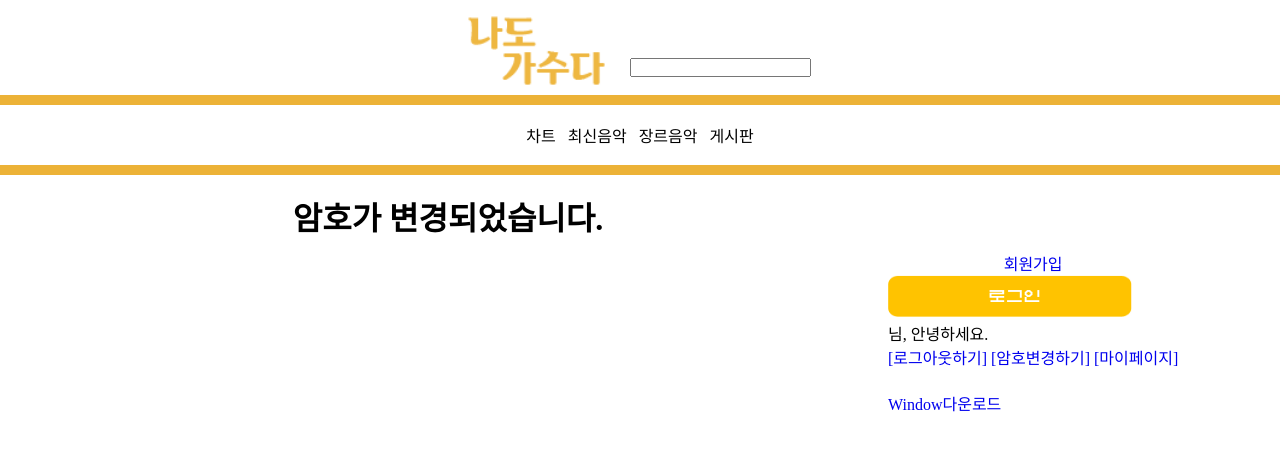
Repository: Ea-Bell/GraduationPortfolio
Page: http://localhost/WebTest/webTest/View/login/changePwdSuccess.jsp
These files come from the project's save history. The page is drawn as it stood at one moment and after the next save; the edit follows.
The browser window is 1280 px wide. The pictures show the whole page.
The page is served by Tomcat 9. Nobody is signed in. The application's start-up code is not run. Other server files are loaded and not shown.

Above is the page before, as saved 2020-09-16 10:17:06.

### WEB_Server/WebTest/WebContent/webTest/View/login/changePwdSuccess.jsp
<%@ page language="java" contentType="text/html; charset=UTF-8"
	pageEncoding="UTF-8"%>
<!DOCTYPE html>
<html>
<head>
<link rel="stylesheet" type="text/css"
	href="/webTest/Model/mainForm/mainForm.css" />
<script type="text/javascript" src="/webTest/Model/mainForm/mainForm.js"></script>

<meta charset="UTF-8">
<title>비밀번호 변경완료</title>
</head>
<body>

<header>
	<div align="center">

		<form action="mainForm.jsp" method="post">
			<!-- 헤더 -->

				<a href="/index" style="background: white;">
					 <img src="/webTest/img/logo.png"
					 style="position: relative; top: 15px; left: 0px; width: 140px; width:140px"></a>
					  <input type="text" onclick=""
					style="position: relative; left: 20px;">
				&nbsp;&nbsp;&nbsp;&nbsp;&nbsp; <br>
				<br>

				<hr id="head_line" size="10px" color="#ECB237">

				<br> <a href="" onmouseover="TextMover()"
					onmouseout="TextMount()" id="nav" style="color: black;">차트</a>
				&nbsp; <a href="/webTest/View/fileUpLoad/fileList.jsp" onmouseover="TextMover2()"
					onmouseout="TextMount2()" id="nav2" style="color: black;">최신음악</a>
				&nbsp; <a href="" onmouseover="TextMover3()"
					onmouseout="TextMount3()" id="nav3" style="color: black;">장르음악</a>
						&nbsp; <a href="/webTest/article/list.jsp"  id="nav3" style="color: black;">게시판</a>
				<br>
				<br>
		</form>



	</div>
</header>
		<hr id="head_line" size="10px" color="#ECB237">
		<br>
	<!-- 콘텐츠 -->
<div>


<div  style="float:left; width: 70%">
<div align="center" >
<h1>암호가 변경되었습니다.</h1>
</div>
	</div>



	<div style="padding:10px; width: 30%; float: right;">
		<aside id="main_aside">

			<table border="0">
				<tr>
					<td><c:if test="${empty authUser }">
							<div align="center"><a href=""></a> <a href="/webTest/login/signUp.jsp">회원가입</a></div>
							<a href="/webTest/login/login.jsp" ><img alt="" src="/webTest/img/login/login.png" style="height: 42px; width: 244px;"></a>
							<br>

						</c:if> <c:if test="${!empty authUser}">
				${authUser.nickname}님, 안녕하세요.<br />
							<a href="/LogoutHandler">[로그아웃하기]</a>
							<a href="changePwdForm.jsp">[암호변경하기]</a>
									<a href="/webTest/list/newMusicForm.jsp">[마이페이지]</a>
						</c:if></td>
				</tr>
			</table>

			<br>
			<table border="0">
				<tr>

					<td>
				<a href="/webTest/나는가수다.msi" download=>Window다운로드</a>
					</td>

				</tr>
			</table>

		</aside>
		</div>

		</div>

	<!-- 바텀 -->
	<div align="center">



	</div>

</body>
</html>

### WEB_Server/WebTest/WebContent/webTest/Model/mainForm/mainForm.css
@charset "UTF-8";
body{
	position: relative;
}

*{ margin:0; padding :0;}

img{border: 0; width:16px ; height: 16 px;}


#content{
	/* 중앙 정렬*/
	width: 960px;

	/* 수평 레이아웃 구성 */
	overflow: hidden;
}
#content > #main_section
{
	width: 650px;
	float: left;			/* 왼쪽에 붙입니다*/
}

#content > #main_aside{
	height:30%;
	width : 25%;
	float: right;           /*오른쪽에 붙입니다.*/
	margin-bottom: 20px;
	padding: 10px;

	color: #ff8000;


}



#content > #main_bside{

	width : 30%;
	height:0%;
	float: left;           /*왼쪽에 붙입니다.*/
	margin-bottom: 20px;
	padding: 10px;


}
#content > #main_cside{
	width :70%;
	height: 0%;
	float: none;           /*가운데에 붙입니다.*/
	margin-bottom: 20px;
	padding: 10px;
	border: 1px solid #e4e4e4;
	color: #ff8000;
	background-color:ff8000;
}

#textcolor{
	border: 1px solid #e4e4e4;
	color: #ff8000;
	background-color:ff8000;
}

#hr
{

}
#nav
{
	 font-family: ""
}
#winFont{
	font-family: "돋음";
	color: #1A1A1A;
}
a {
  text-decoration: none;
}

### WEB_Server/WebTest/WebContent/webTest/Model/mainForm/mainForm.js
/**
 *
 */

//문자나 이미지가 밖으로 나갔을경우
function TextMover() {
	var dama = document.getElementById('nav');
	dama.style.color="Red";
}
function ImgMover() {

}
function TextMover2() {
	var dama = document.getElementById('nav2');
	dama.style.color="Red";
}
function TextMover3() {
	var dama = document.getElementById('nav3');
	dama.style.color="Red";
}
//문자나 이미지가 밖으로 갔을경우
function TextMount() {
	var dama = document.getElementById('nav');
	dama.style.color="Black";
}
function TextMount2() {
	var dama = document.getElementById('nav2');
	dama.style.color="Black";
}
function TextMount3() {
	var dama = document.getElementById('nav3');
	dama.style.color="Black";
}
function ImgMount() {

}

After the next save:
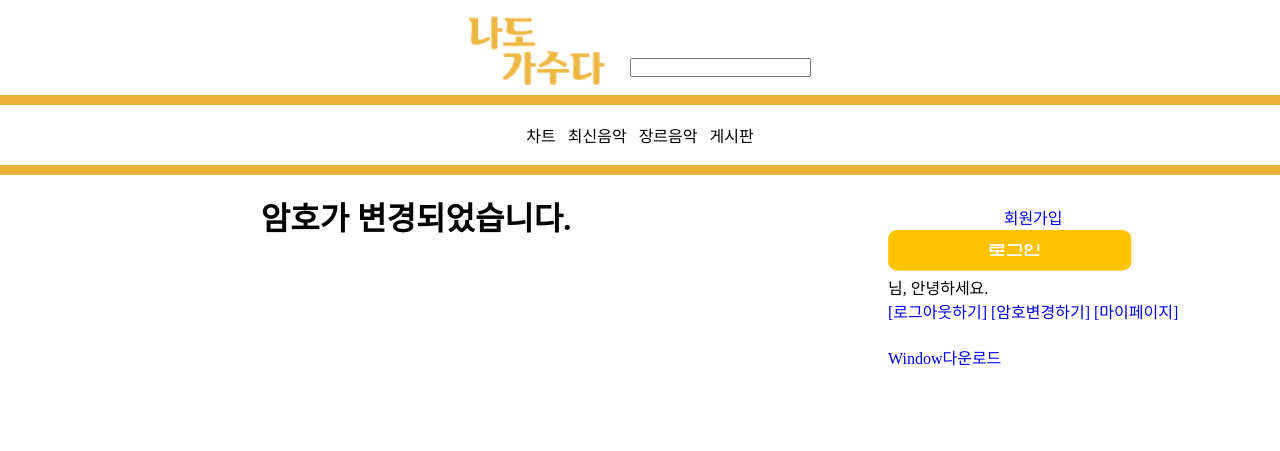
Saved 7 s later.
--- a/WEB_Server/WebTest/WebContent/webTest/View/login/changePwdSuccess.jsp
+++ b/WEB_Server/WebTest/WebContent/webTest/View/login/changePwdSuccess.jsp
@@ -49,7 +49,7 @@
 <div>
 
 
-<div  style="float:left; width: 70%">
+<div  style="float:left; width: 65%">
 <div align="center" >
 <h1>암호가 변경되었습니다.</h1>
 </div>
